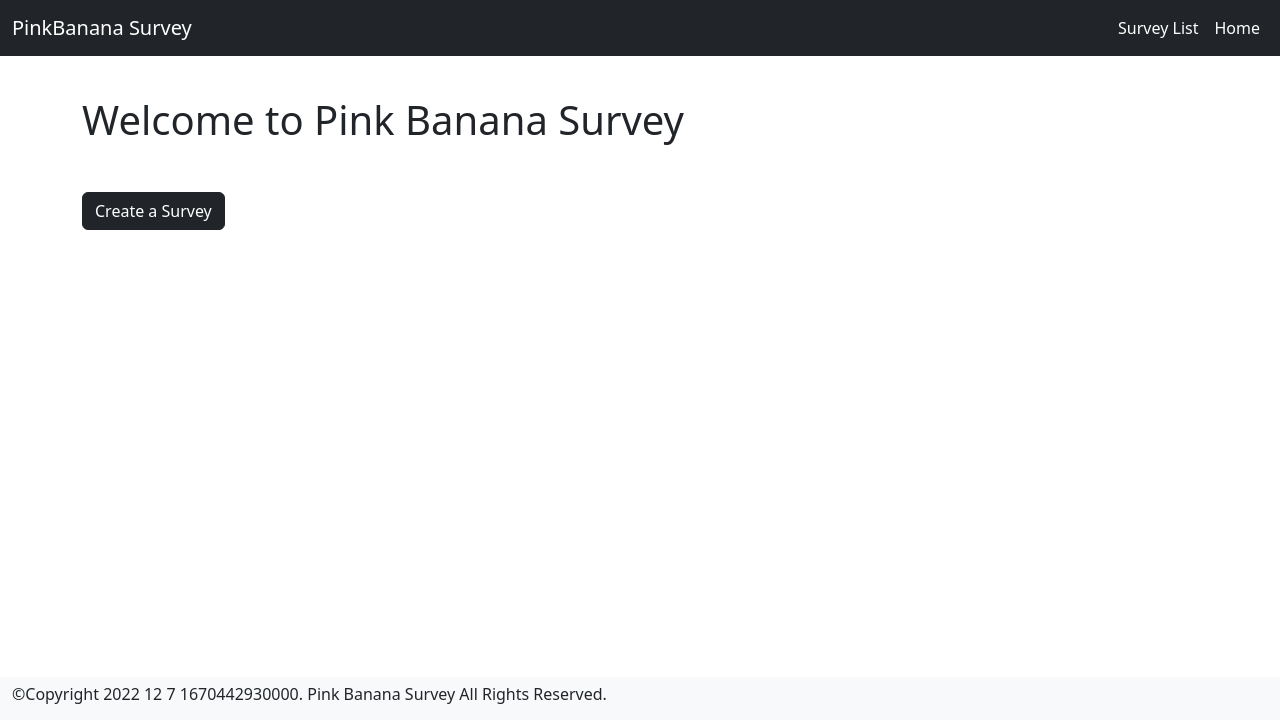
Repository: miaaow42/BananaProject
Page: / (app in front-end/)
The author's editor kept a copy of each file at every save. The page is drawn from the files as they stood at one save, then again after the next save.
The browser window is 1280 px wide. The pictures show the whole page.
The project was rebuilt for these pictures with package versions that can differ from the ones it lists, and the page was loaded fresh each time. Also part of the build but not shown: front-end/src/App.css.

Above is the page before, as saved 2022-12-08 05:05:16.

### front-end/public/index.html
<!DOCTYPE html>
<html lang="en">
  <head>
    <meta charset="utf-8" />
    <link rel="icon" href="%PUBLIC_URL%/favicon.ico" />
    <meta name="viewport" content="width=device-width, initial-scale=1" />
    <meta name="theme-color" content="#000000" />
    <meta
      name="description"
      content="Web site created using create-react-app"
    />
    <link rel="apple-touch-icon" href="%PUBLIC_URL%/logo192.png" />
    <!--
      manifest.json provides metadata used when your web app is installed on a
      user's mobile device or desktop. See https://developers.google.com/web/fundamentals/web-app-manifest/
    -->
    <link rel="manifest" href="%PUBLIC_URL%/manifest.json" />
    <!--
      Notice the use of %PUBLIC_URL% in the tags above.
      It will be replaced with the URL of the `public` folder during the build.
      Only files inside the `public` folder can be referenced from the HTML.

      Unlike "/favicon.ico" or "favicon.ico", "%PUBLIC_URL%/favicon.ico" will
      work correctly both with client-side routing and a non-root public URL.
      Learn how to configure a non-root public URL by running `npm run build`.
    -->
    <title>PinkBanana Survey</title>
  </head>
  <body>
    <noscript>You need to enable JavaScript to run this app.</noscript>
    <div id="root"></div>
    <!--
      This HTML file is a template.
      If you open it directly in the browser, you will see an empty page.

      You can add webfonts, meta tags, or analytics to this file.
      The build step will place the bundled scripts into the <body> tag.

      To begin the development, run `npm start` or `yarn start`.
      To create a production bundle, use `npm run build` or `yarn build`.
    -->
  </body>
</html>

### front-end/src/App.tsx
import React from 'react';
import { BrowserRouter, Route, Routes } from 'react-router-dom';


// import logo from './logo.svg';
import './App.css';

// Styles and Fonts
import 'bootstrap/dist/css/bootstrap.min.css';
import '@fortawesome/fontawesome-free/css/all.min.css';

// Comment Components
import Header from './components/header';
import Footer from './components/footer';

// Content Components
import Home from './content/home';

function App() {
  return (
    <div className="App">
      <BrowserRouter>
      <Header></Header>

      {/* Client- Side Routing*/}
      <Routes>
        <Route path="/" element={<Home/>} />
        <Route path="/home" element={<Home/>} />
      </Routes>
      <Footer></Footer>
      </BrowserRouter>
    </div>
  );
}

export default App;

### front-end/src/components/header.tsx
import React from "react";
import {NavLink} from 'react-router-dom';

function Header()
{
    return(
        // <nav classNameName="navbar navbar-expand-lg navbar-dark navbar fixed-top x-navbar">
        //     <NavLink classNameName="navbar-brand" to="/"> <img src="/images/groupProjectLogo.png" alt="Logo" width="60px"/> PinkBanana Survey</NavLink>
        //     <div classNameName="container-fluid" >

        //          <button classNameName="navbar-toggler" type="button" data-bs-toggle="collapse" data-bs-target="#navbarSupportedContent"
        //             aria-controls="navbarSupportedContent" aria-expanded="false" aria-label="Toggle navigation">
        //              <span classNameName="navbar-toggler-icon "></span>
        //          </button>

        //          <div classNameName="collapse navbar-collapse" id="navbarSupportedContent" >
        //             <ul classNameName="navbar-nav ms-auto mb-2 mb-lg-0">
        //                 <li classNameName="nav-item">
        //                     <NavLink  to={"/home"} classNameName="nav-item" >Survey List</NavLink>
        //                 </li>
        //             </ul>
        //          </div>
        //     </div>
        // </nav>
        <nav className="navbar navbar-expand-lg bg-dark navbar-dark fixed-top">
            <div className="container-fluid">
                <NavLink className="navbar-brand" to={"/"}>PinkBanana Survey</NavLink>
                <button className="navbar-toggler" type="button" data-bs-toggle="collapse" data-bs-target="#navbarSupportedContent" aria-controls="navbarSupportedContent" aria-expanded="false" aria-label="Toggle navigation">
                    <span className="navbar-toggler-icon"></span>
                </button>
                <div className="collapse navbar-collapse" id="navbarSupportedContent">
                    <ul className="navbar-nav ms-auto mb-2 mb-lg-0">
                        <li className="nav-item">
                            <NavLink className="nav-link active" aria-current="page" to={"/"}>Survey List</NavLink>
                        </li>
                        <li className="nav-item">
                            <NavLink className="nav-link" aria-current="page" to={"/"}>Home</NavLink>
                        </li>
                    </ul>
                </div>
            </div>
        </nav>
    )
}

export default Header;

### front-end/src/components/footer.tsx
import React from "react";


// Footer Component
function Footer()
{
    function getDate(): number
    {
        let date = new Date();
        return date.getDate();
    }
    function getDate2(): number
    {
        let date = new Date();
        return date.getMonth() + 1;
    }
    function getDate3(): number
    {
        let date = new Date();
        return date.getTime();
    }

    return(
        <nav className="navbar fixed-bottom bg-light">
        <div className="container-fluid">
          <h6 >&copy;Copyright 2022 {getDate2()} {getDate()} {getDate3()}. Pink Banana Survey All Rights Reserved. </h6>
        </div>
      </nav>
    )
}

export default Footer;

### front-end/src/content/home.tsx
import React from "react";
import { Link } from "react-router-dom";


function Home()
{
    return(
        <div className="container">
            <br></br><br></br><br></br><br></br>
            <h1 className="mb-5">Welcome to Pink Banana Survey</h1>

            <Link to={"/add-survey"}>
                <button className="btn btn-dark"> Create a Survey</button>
            </Link>

        </div>
    )
}

export default Home;

Loaded but not shown: front-end/src/index.tsx (common file); front-end/src/index.css (common file); front-end/src/reportWebVitals.ts (common file)

After the next save:
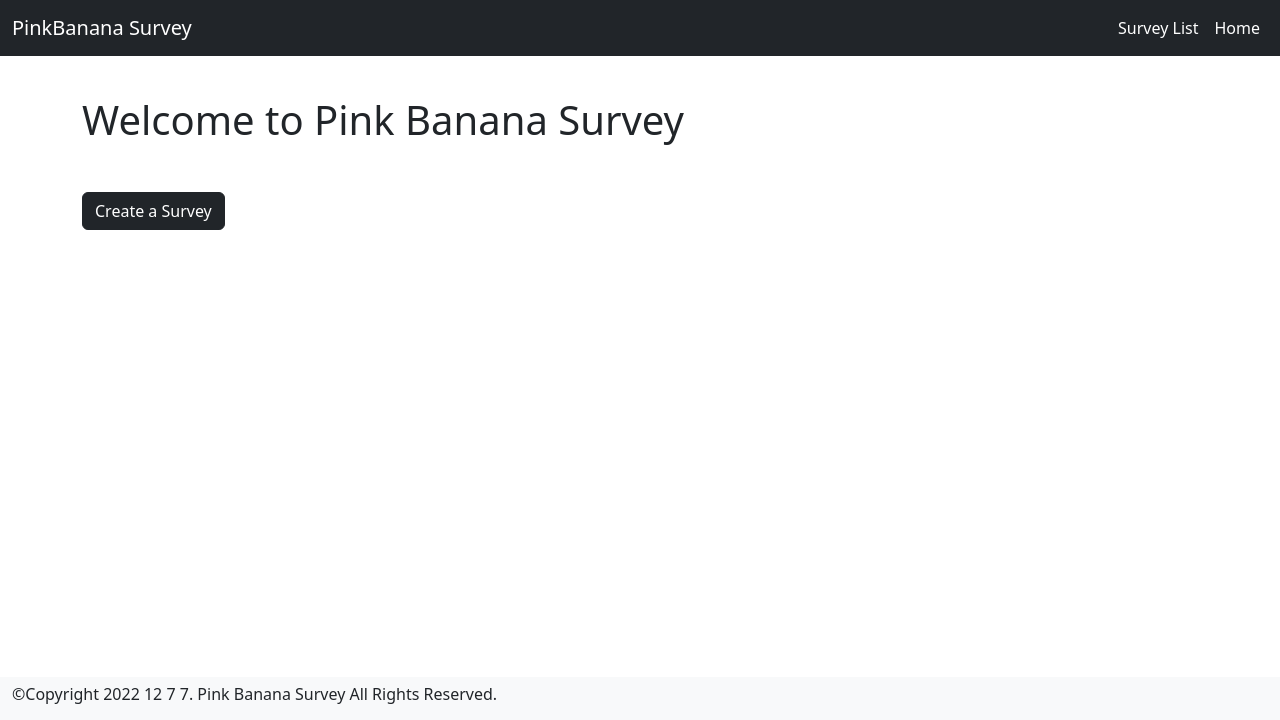
Saved 29 s later.
--- a/front-end/src/components/footer.tsx
+++ b/front-end/src/components/footer.tsx
@@ -17,7 +17,7 @@ function Footer()
     function getDate3(): number
     {
         let date = new Date();
-        return date.getTime();
+        return date.getUTCDate();
     }
 
     return(
